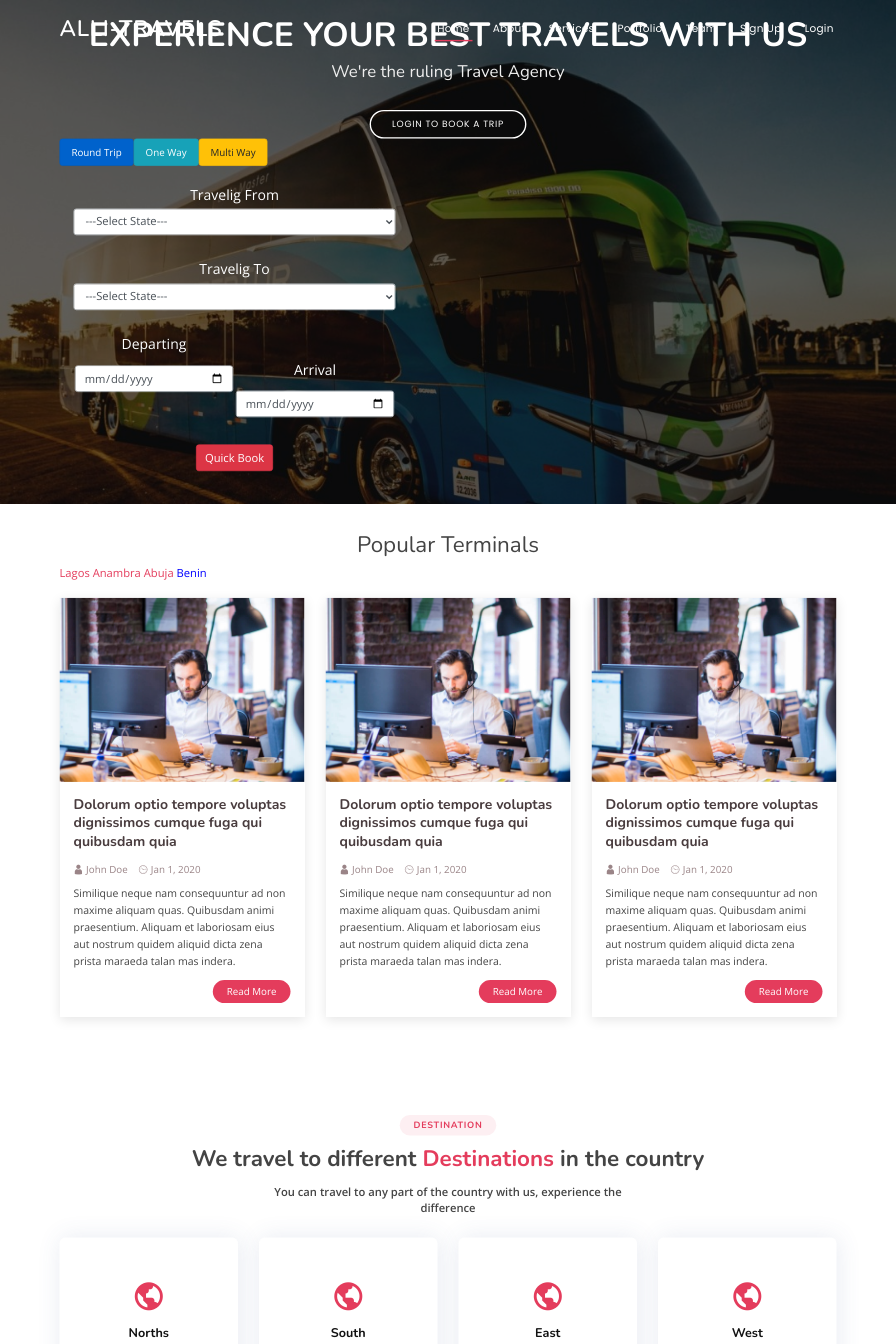
Repository: yazshrilld/Transport_Booking_system
Page: http://localhost/Transport_Project/admin/index_2.php
An editor plug-in stored every save of this project. The page is shown before and after the next save, followed by the edit.
The browser window is 1280 px wide. The pictures show the part of the page from y = 0 to 1920 px (the page is 7328 px tall), at 70% of full size.
Backgrounds fixed to the window are drawn as part of the page. The page is run by PHP 8.4 with error messages shown; the project is at /var/www/html/. Other server files are loaded and not shown. The database holds what the project's SQL file puts in it.

Above is the page before, as saved 2021-01-20 15:11:30.

### admin/home_check.php
<div>
    <form class="booking-form-box" method="POST" action="booking_1.php">
		<div class="booking-form-box">
		    <div class="booking-form">
		        <label>Travelig From</label>
			    <select name="state_from" class="form-control origin">
				        <option value="0">---Select State---</option>
				        <?php
					        $origin_query = mysqli_query($connection, "SELECT * FROM `origin`") ;
					        while($row = mysqli_fetch_array($origin_query)) {
						?>
						<option value="<?php echo $row['origin_id'] ?>"><?php echo $row['origin_state'] ?></option>
						<?php
					        }
				        ?>
			    </select><br />

			        <label>Travelig To</label>
			        <select name="state_to" class="form-control trip">
				        <option value="0">---Select State---</option>
			        </select><br />
			        <div class="input-grp">
			            <label>Departing</label>
			            <input type="date" class="form-control select-date"><br />
					</div>
					<div class="input-grp">
			            <label>Arrival</label>
			            <input type="date" class="form-control select-date">
		            </div>
                        <input type="hidden" value='view' name='action' class="form-control">
		            <div class="input-grp"><br>
		                <input type="submit" value="Quick Book" class="btn btn-danger">
		            </div>
		    </div>
		</div>
	</form>
</div>

### transport_project.sql (the tables this page reads)
CREATE TABLE `origin` (
  `origin_id` int(11) NOT NULL,
  `origin_state` varchar(255) NOT NULL
) ENGINE=InnoDB DEFAULT CHARSET=latin1;

INSERT INTO `origin` (`origin_id`, `origin_state`) VALUES
(1, 'fdhha'),
(2, 'Abuja'),
(3, 'Lagos'),
(4, 'Enugu'),
(5, 'dfgfd'),
(6, 'Abakaliki');

ALTER TABLE `origin`
  ADD PRIMARY KEY (`origin_id`);

ALTER TABLE `origin`
  MODIFY `origin_id` int(11) NOT NULL AUTO_INCREMENT, AUTO_INCREMENT=7;

CREATE TABLE `trips` (
  `trip_id` int(11) NOT NULL,
  `trip_origin_id` int(11) NOT NULL,
  `trip_state` varchar(255) NOT NULL,
  `trip_title` varchar(255) NOT NULL,
  `trip_cost` varchar(255) NOT NULL,
  `trip_dst` varchar(255) NOT NULL,
  `trip_image` varchar(255) NOT NULL,
  `trip_description` varchar(200) NOT NULL,
  `date_departure` date NOT NULL,
  `date_arrival` date NOT NULL
) ENGINE=InnoDB DEFAULT CHARSET=latin1;

INSERT INTO `trips` (`trip_id`, `trip_origin_id`, `trip_state`, `trip_title`, `trip_cost`, `trip_dst`, `trip_image`, `trip_description`, `date_departure`, `date_arrival`) VALUES
(1, 1, 'Lagos', 'Abuja - Asaba', '288', '200km', 'trip_img/b424cc1d2177a2862dcd057eb71b8d4fchickens-768x575.jpg', 'this trip is expeertrare', '0000-00-00', '0000-00-00'),
(2, 1, 'Ibadan', 'Abuja - Calabar', '288', '200km', 'trip_img/a47c85894012d452a0f5a65495ba04f5chickens-768x575.jpg', 'this trip is expeertrare', '0000-00-00', '0000-00-00'),
(3, 1, 'Abuja', 'Lagos - Akure', '288', '200km', 'trip_img/fe7e5cecab8fdf5b9204a1989346b7afanneliese-phillips-uv4-vl3liKM-unsplash.jpg', 'Enjoy your Journey', '0000-00-00', '0000-00-00'),
(4, 2, 'Asaba', 'Enugu - Owerri', '300', '50km', 'trip_img/e90a1a0970cfc7a5edceeca68f951f0dcoker-alafia.jpg', 'Eat your food as you journey', '0000-00-00', '0000-00-00'),
(5, 1, 'Enugu', 'Imo - osun', '600', '40', 'gfhsgsgsfg.jpg', 'sths iys zhz zda', '0000-00-00', '0000-00-00'),
(6, 1, 'Calabar', 'Jalingo - Sokoto', '466', '23', 'sdfgaesdh.jpg', 'awaaer adfghq qethh', '0000-00-00', '0000-00-00'),
(7, 1, 'kogi', 'kogi - lokoja', '345', '34km', 'kjfkjfk.jpg', 'dkfjkfjndjvn', '0000-00-00', '0000-00-00'),
(8, 0, '', '', '', '', '', '', '2023-01-02', '2021-12-31');

ALTER TABLE `trips`
  ADD PRIMARY KEY (`trip_id`);

ALTER TABLE `trips`
  MODIFY `trip_id` int(11) NOT NULL AUTO_INCREMENT, AUTO_INCREMENT=9;

Loaded but not shown: admin/assets/js/main.js (173 lines, source omitted); admin/assets/css/style.css (2028 lines, source omitted); admin/header.php (69 lines, source omitted); admin/css/font.css (111 lines, source omitted); admin/profile_check.php (33 lines, source omitted); admin/contact_check.php (33 lines, source omitted); admin/index_2.php (860 lines, source omitted)

After the next save:
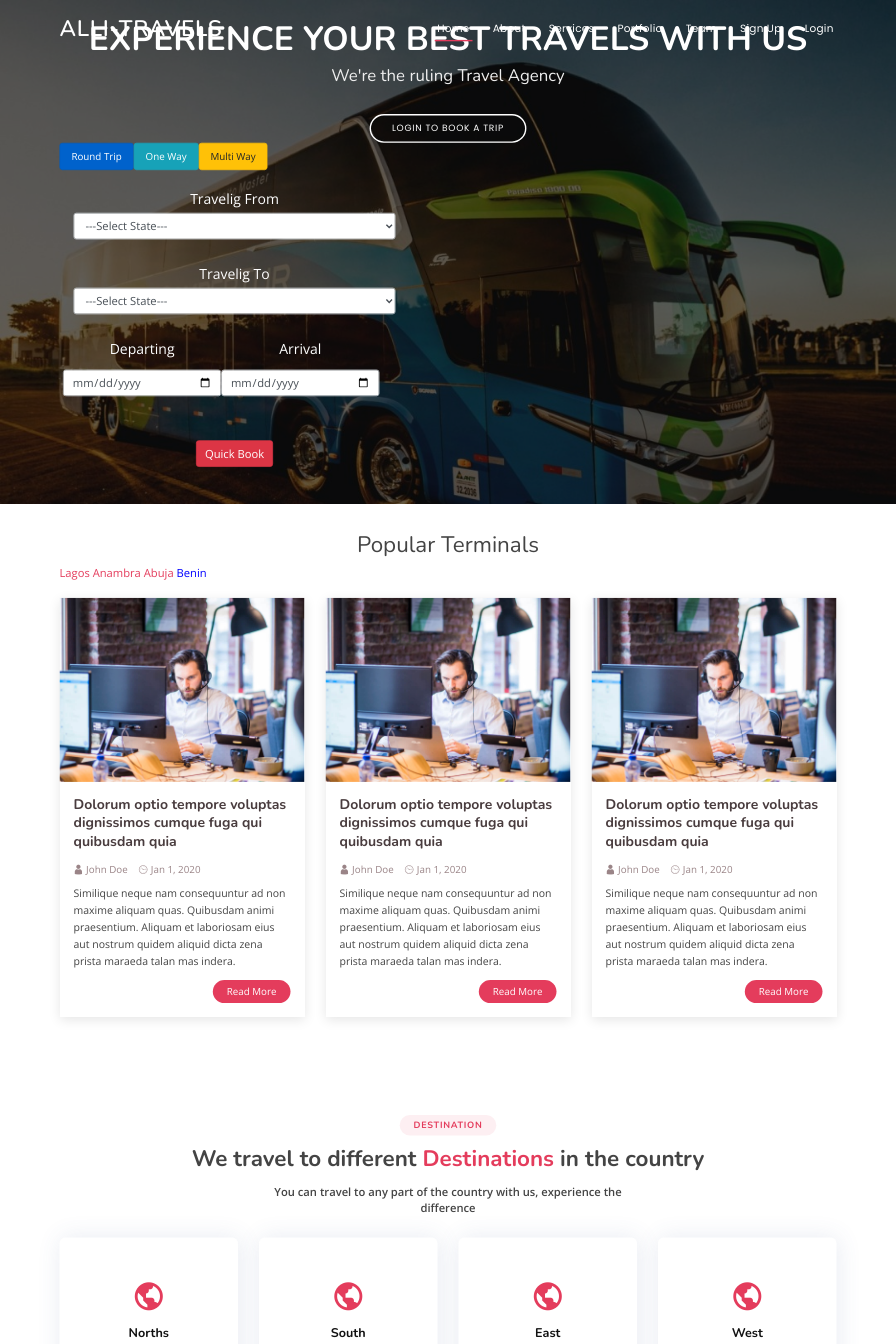
Saved 12 min 25 s later.
--- a/admin/home_check.php
+++ b/admin/home_check.php
@@ -19,14 +19,16 @@
 			        <select name="state_to" class="form-control trip">
 				        <option value="0">---Select State---</option>
 			        </select><br />
-			        <div class="input-grp">
-			            <label>Departing</label>
-			            <input type="date" class="form-control select-date"><br />
+			        <div class="row">
+						<div class="input-grp col-xs-6">
+							<label>Departing</label>
+							<input type="date" class="form-control select-date"><br />
+						</div>
+						<div class="input-grp col-xs-6">
+							<label>Arrival</label>
+							<input type="date" class="form-control select-date">
+						</div>
 					</div>
-					<div class="input-grp">
-			            <label>Arrival</label>
-			            <input type="date" class="form-control select-date">
-		            </div>
                         <input type="hidden" value='view' name='action' class="form-control">
 		            <div class="input-grp"><br>
 		                <input type="submit" value="Quick Book" class="btn btn-danger">
